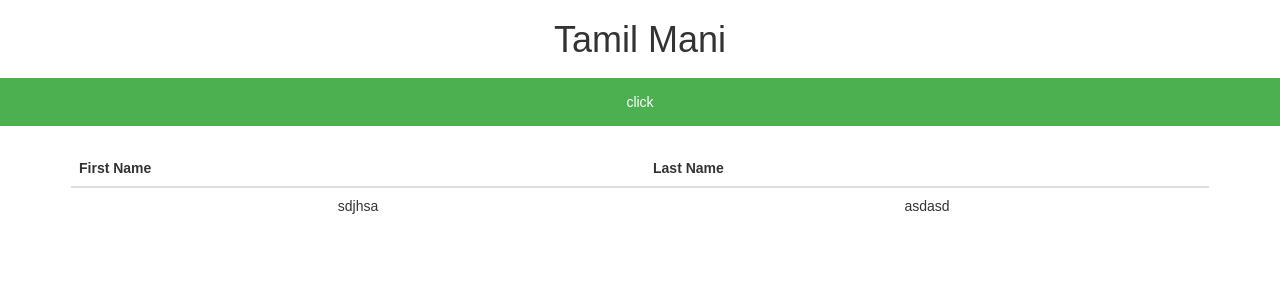
Repository: Green-Technologies-Angular/React-js
Page: /
An editor plug-in stored every save of this project. The page is shown before and after the next save, followed by the edit.
The browser window is 1280 px wide. The pictures show the whole page.
The project was rebuilt for these pictures with package versions that can differ from the ones it lists, and the page was loaded fresh each time.

Above is the page before, as saved 2019-03-21 09:20:39.

After the next save:
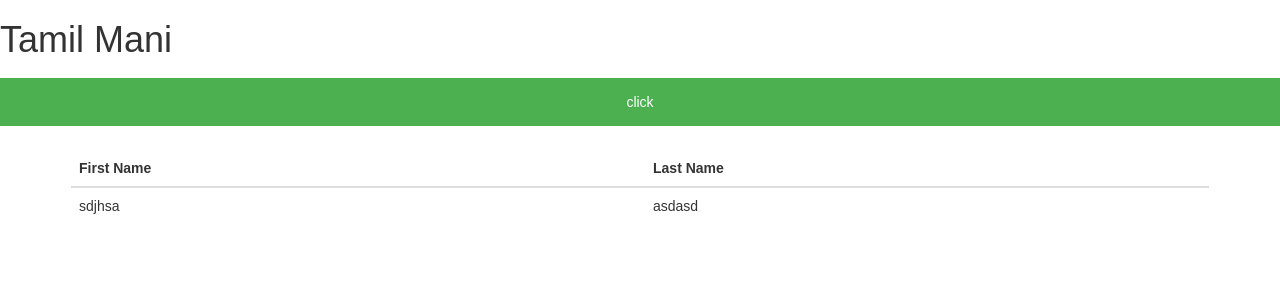
Saved 29 s later.
--- a/src/App.css
+++ b/src/App.css
@@ -1,6 +1,3 @@
-.App {
-  text-align: center;
-}
 
 .App-logo {
   animation: App-logo-spin infinite 20s linear;
